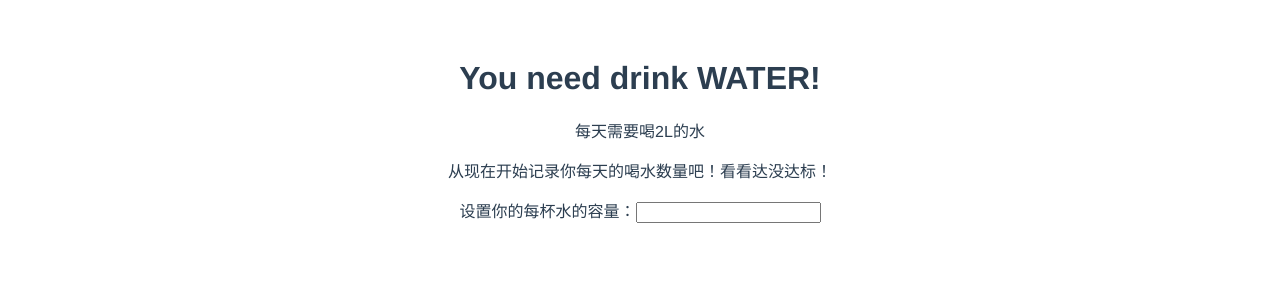
Repository: xuehebinglan/apps.xuehebinglan.com
Page: /drink-water
The author's editor kept a copy of each file at every save. The page is drawn from the files as they stood at one save, then again after the next save.
The browser window is 1280 px wide. The pictures show the whole page.
The project was rebuilt for these pictures with package versions that can differ from the ones it lists, and the page was loaded fresh each time. Also part of the build but not shown: src/components/HomePage.vue.

Above is the page before, as saved 2018-06-20 15:28:57.

After the next save:
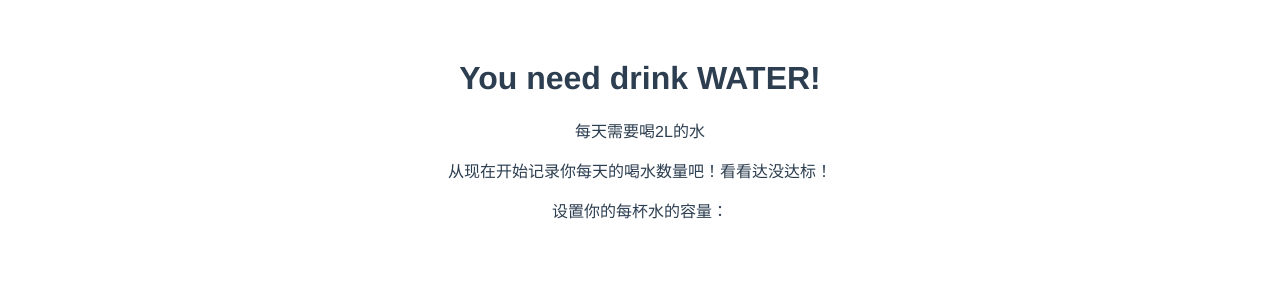
Saved 9 s later.
--- a/src/components/DrinkWater.vue
+++ b/src/components/DrinkWater.vue
@@ -7,7 +7,6 @@
     <p>从现在开始记录你每天的喝水数量吧！看看达没达标！</p>
     <div class="cup-capacity">
       <span>设置你的每杯水的容量：</span>
-      <input type="number">
     </div>
   </div>
 </template>
